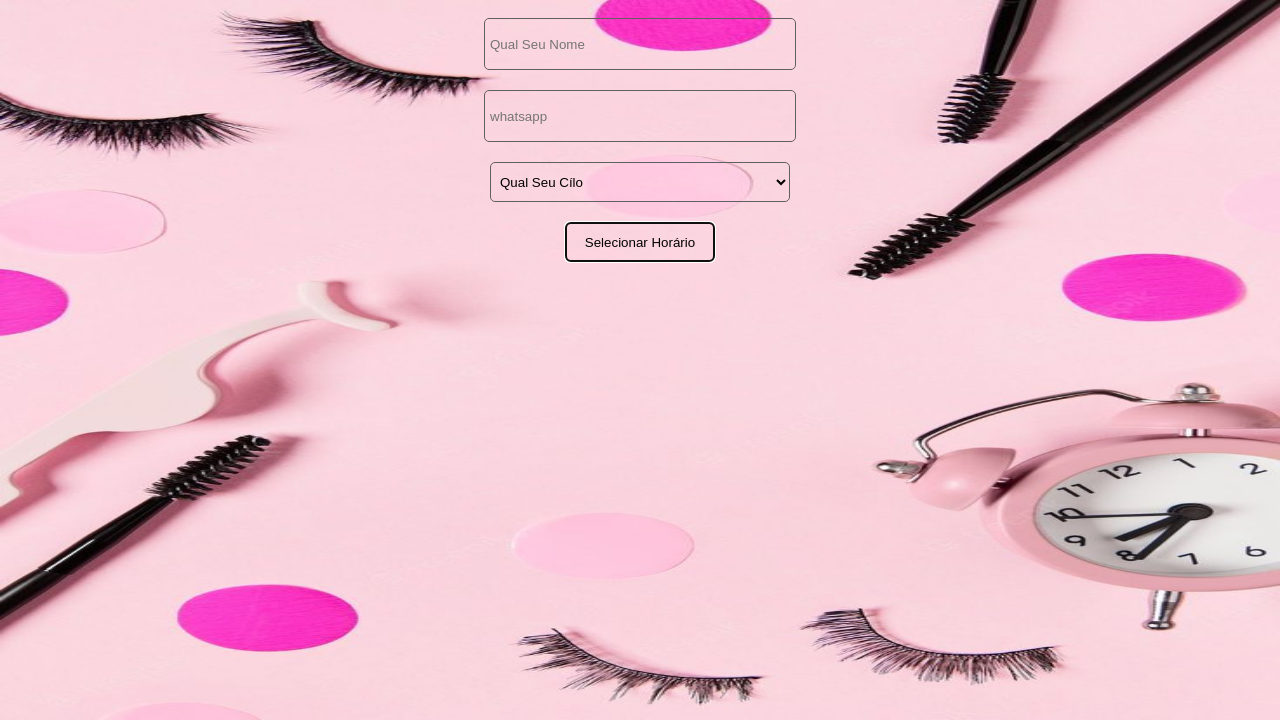
Repository: ketlyn-lash-designer/Ketlyn_Lash_Designer
Page: src/Pages/Home.html
An editor plug-in stored every save of this project. The page is shown before and after a run of saves, followed by the edit.
The browser window is 1280 px wide. The pictures show the whole page.
The first visible `button` has the focus.

Above is the page before, as saved 2024-03-27 22:17:35.

### src/Pages/Home.html
<!DOCTYPE html>
<html lang="pt-BR">
  <head>
    <meta charset="UTF-8" />
    <meta name="viewport" content="width=device-width, initial-scale=1.0" />
    <link rel="stylesheet" href="../Styles/Home.css" />

    <title>ketlyn_lash_designer.com</title>
  </head>
  <body>
    <div class="form">
      <input placeholder="Qual Seu Nome" type="text" name="nome" />
      <input placeholder="whatsapp" type="text" name="whatsapp" />
      <select name="tipo_cilio">
        <option value="cilios_posticos">Qual Seu Cílo</option>
        <option value="curvex">Curvex</option>
      </select>
      <button>Selecionar Horário</button>
    </div>
  </body>
</html>

### src/Styles/Home.css
body {
  background-image: url("../images/lash_2.jpeg");
  background-size: 100% 100%;
  background-position: center;
  background-attachment: fixed;
  background-repeat: no-repeat;
}

.form {
  display: flex;
  flex-direction: column;
  justify-content: center;
  align-items: center;
}

input,
select {
  width: 300px;
  height: 40px;
  margin: 10px;
  padding: 5px;
  border: 1px solid rgb(97, 96, 96);
  border-radius: 5px;
  background-color: transparent;
}

button {
  width: 150px;
  height: 40px;
  margin: 10px;
  padding: 5px;
  background-color: transparent;
  border: 1px solid grey;
  border-radius: 5px;
}

button:hover {
  background-color: white;
}

After the next 2 saves:
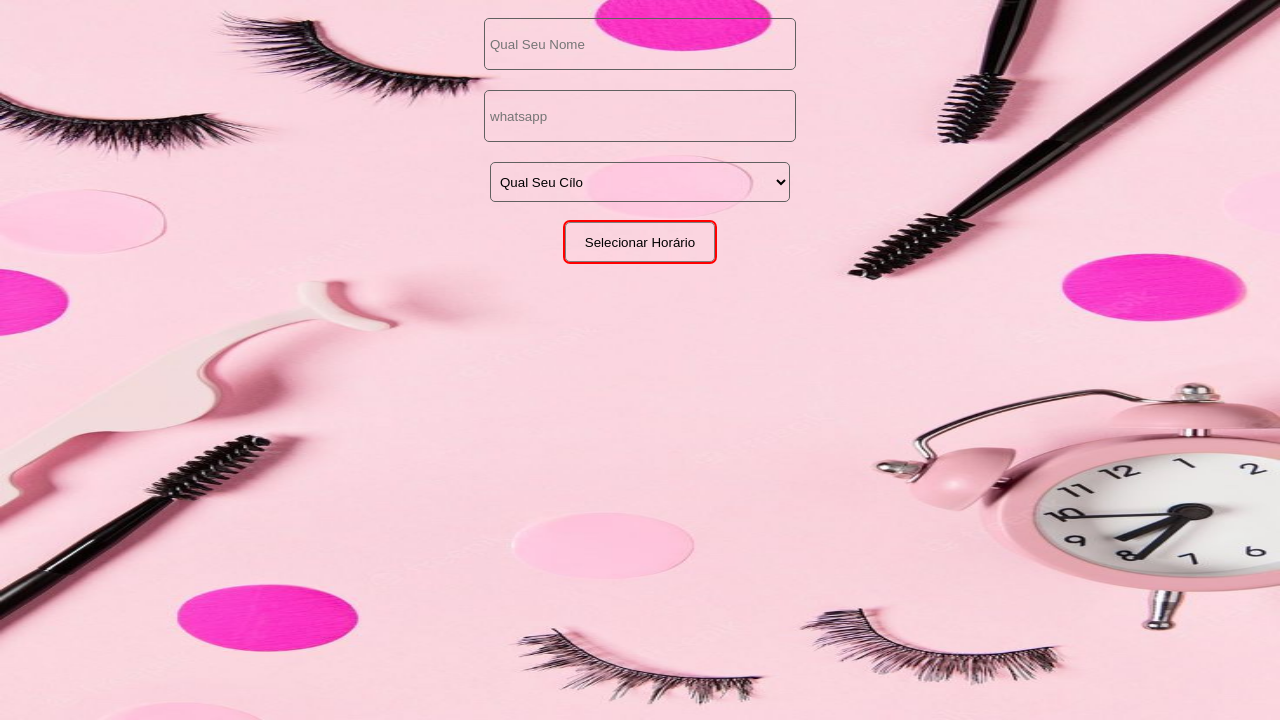
The 2 saves are shown as one change because they came seconds apart.
The last was saved 94 s later.
--- a/src/Styles/Home.css
+++ b/src/Styles/Home.css
@@ -34,6 +34,10 @@ button {
   border-radius: 5px;
 }
 
+button:focus {
+  outline: 2px solid #ff0000; /* Substitua #ff0000 pela cor desejada */
+}
+
 button:hover {
   background-color: white;
 }
